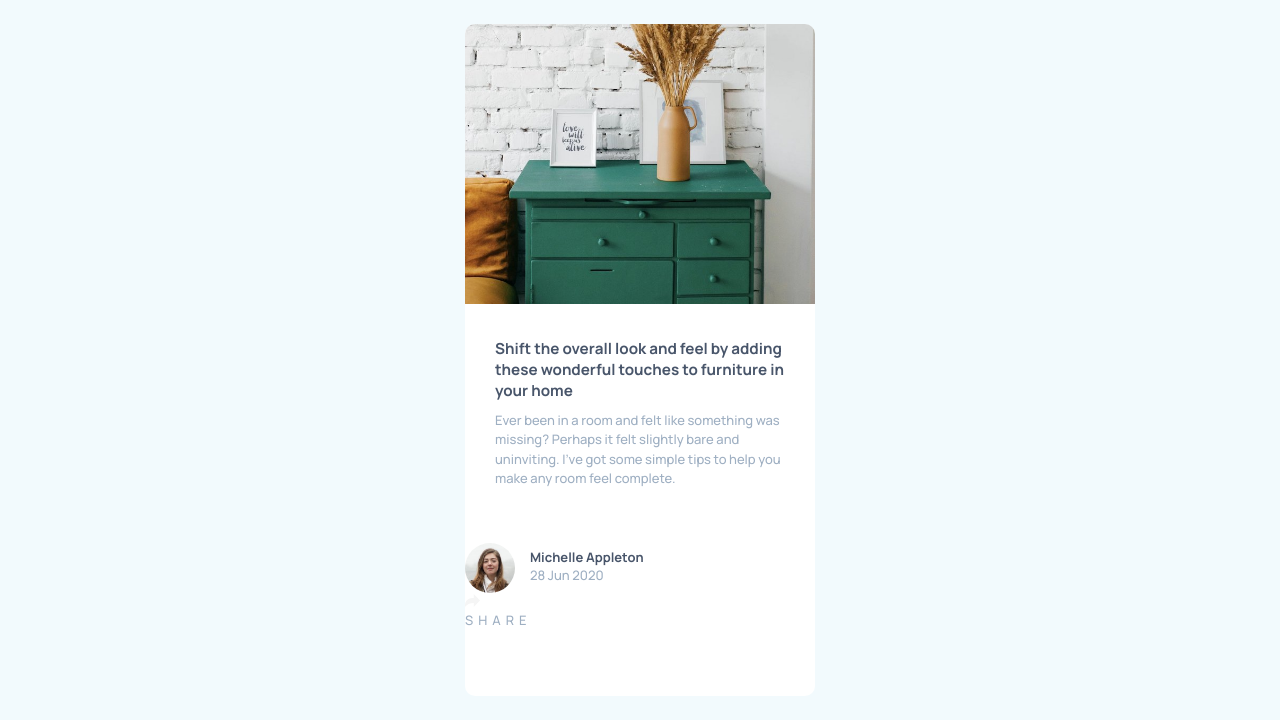
Repository: ellenliao95/frontend-mentor-solution
Page: article-preview-component-master/index.html
These files come from the project's save history. The page is drawn as it stood at one moment and after the next save; the edit follows.
The browser window is 1280 px wide. The pictures show the whole page.

Above is the page before, as saved 2023-03-21 14:30:42.

After the next save:
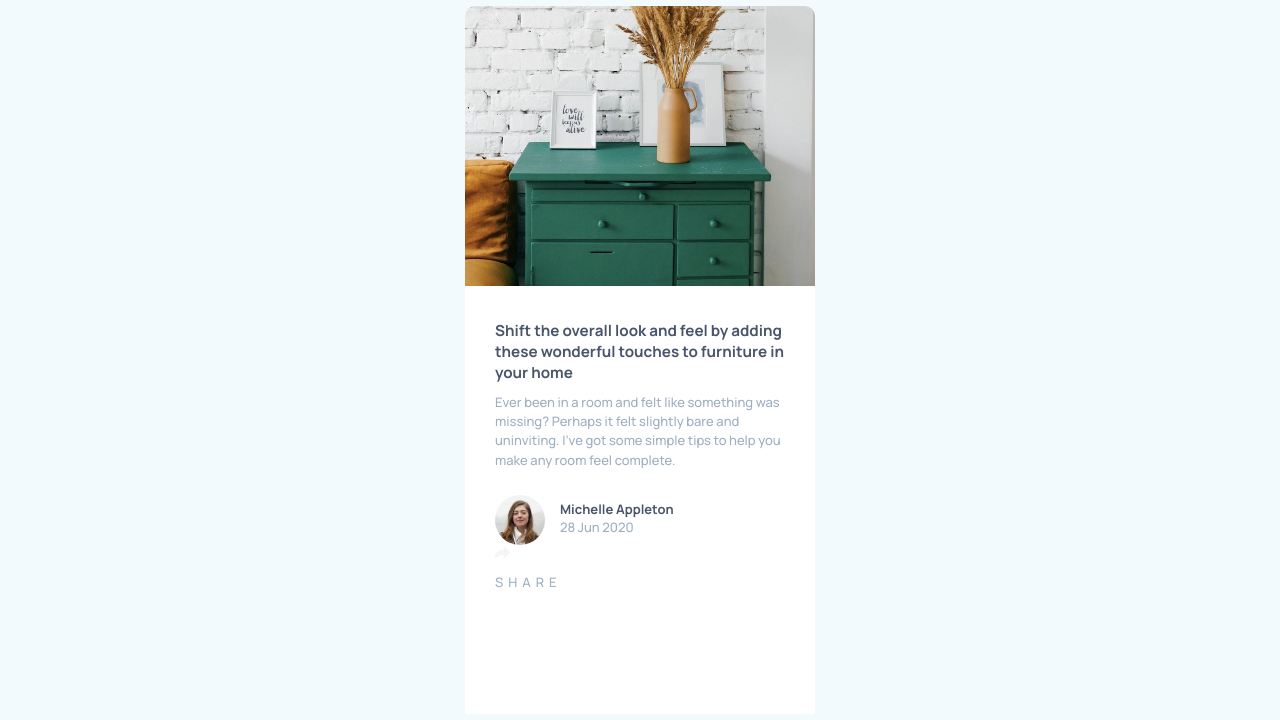
Saved 28 s later.
--- a/article-preview-component-master/index.html
+++ b/article-preview-component-master/index.html
@@ -24,8 +24,8 @@
       </picture>
     </article>
 
-    <article >
-      <div class="container">
+    <div class="container">
+      <div>
         <h3>
           Shift the overall look and feel by adding these wonderful
           touches to furniture in your home
@@ -42,7 +42,7 @@
           <li>28 Jun 2020</li>
         </ul>
       </div>
-    </article>
+    </ㄇ>
     <footer>
       <div>
         <a href="#">
